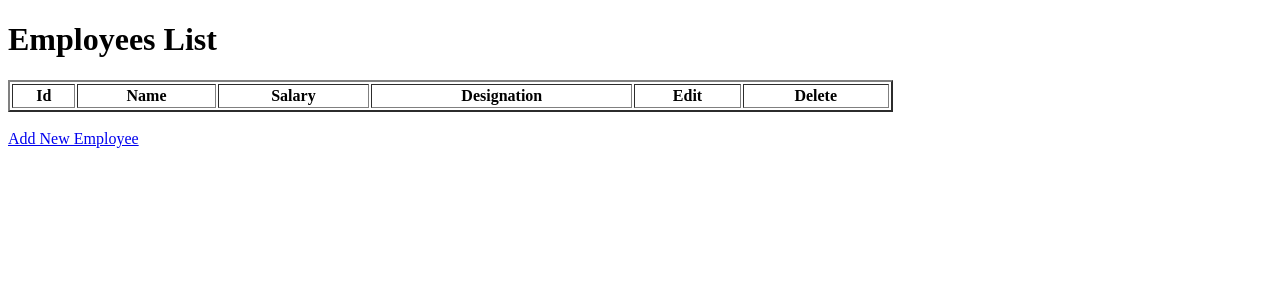
Repository: ashwinipatil321/SpringmvcProject
Page: http://localhost/SpringMVCCrudOperation/viewemp
These files come from the project's save history. The page is drawn as it stood at one moment and after the next save; the edit follows.
The browser window is 1280 px wide. The pictures show the whole page.
The page is served by Tomcat 9. Other server files are loaded and not shown. Queries for data that is not in the repository find no rows.

Above is the page before, as saved 2017-11-20 13:00:24.

### SpringMVCCrudOperation/src/main/webapp/viewemp.jsp
<%@ taglib uri="http://www.springframework.org/tags/form" prefix="form"%>
<%@ taglib uri="http://java.sun.com/jsp/jstl/core" prefix="c"%>
<%@ page language="java" contentType="text/html; charset=UTF-8"
	pageEncoding="UTF-8"%>
<!DOCTYPE html PUBLIC "-//W3C//DTD HTML 4.01 Transitional//EN" "http://www.w3.org/TR/html4/loose.dtd">
<html>
<head>
<meta http-equiv="Content-Type" content="text/html; charset=UTF-8">
<title>Insert title here</title>
</head>
<body>
<h1>Employees List</h1>
<table border="2" width="70%" cellpadding="2">
<tr><th>Id</th><th>Name</th><th>Salary</th><th>Designation</th><th>Edit</th><th>Delete</th></tr>
   <c:forEach var="emp" items="${list}">
   <tr>
   <td>${emp.id}</td>
   <td>${emp.name}</td>
   <td>${emp.salary}</td>
   <td>${emp.designation}</td>
   <td><a href="editemp/${emp.id}">Edit</a></td>
   <td><a href="deleteemp/${emp.id}">Delete</a></td>
   </tr>
   </c:forEach>
   </table>
   <br/>
   <a href="empform.jsp">Add New Employee</a>
</body>
</html>

### SpringMVCCrudOperation/src/main/java/com/springCrudOperation/DAO/EmployeeDAOImpl.java
package com.springCrudOperation.DAO;
import java.sql.ResultSet;
import java.sql.SQLException;
import java.util.List;
import org.springframework.jdbc.core.BeanPropertyRowMapper;
import org.springframework.jdbc.core.JdbcTemplate;
import org.springframework.jdbc.core.RowMapper;
import com.springCrudOperation.model.Employee;
public class EmployeeDAOImpl {

	JdbcTemplate template;

	public void setTemplate(JdbcTemplate template) {
		this.template = template;
	}
	public int save(Employee p){
		String sql="insert into emp99(name,salary,designation) values('"+p.getName()+"',"+p.getSalary()+",'"+p.getDesignation()+"')";
		return template.update(sql);
	}
	public int update(int id,Employee p){
		float f = p.getSalary();
		String sql="update emp99 set name='"+p.getName()+"', salary="+f+",designation='"+p.getDesignation()+"' where id="+id+"";
		return template.update(sql);
	}
	public int delete(int id){
		String sql="delete from emp99 where id="+id+"";
		return template.update(sql);
	}
	public Employee getEmpById(int id){
		String sql="select * from emp99 where id=?";
		return template.queryForObject(sql, new Object[]{id},new BeanPropertyRowMapper<Employee>(Employee.class));
	}
	public List<Employee> getEmployees(){
		return template.query("select * from emp99",new RowMapper<Employee>(){
			public Employee mapRow(ResultSet rs, int row) throws SQLException {
				Employee e=new Employee();
				e.setId(rs.getInt(1));
				e.setName(rs.getString(2));
				e.setSalary(rs.getFloat(3));
				e.setDesignation(rs.getString(4));
				return e;
			}
		});
	}
}

After the next save:
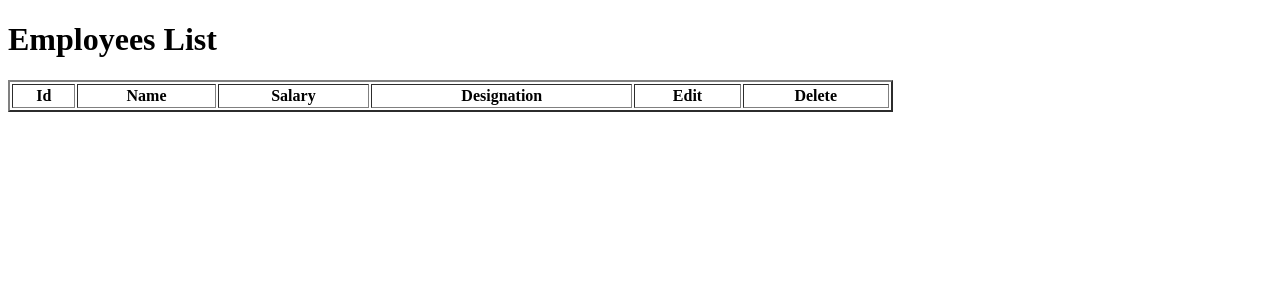
Saved 104 s later.
--- a/SpringMVCCrudOperation/src/main/webapp/viewemp.jsp
+++ b/SpringMVCCrudOperation/src/main/webapp/viewemp.jsp
@@ -20,10 +20,11 @@
    <td>${emp.designation}</td>
    <td><a href="editemp/${emp.id}">Edit</a></td>
    <td><a href="deleteemp/${emp.id}">Delete</a></td>
+   <a href="empform.jsp">Add New Employee</a>
    </tr>
    </c:forEach>
    </table>
    <br/>
-   <a href="empform.jsp">Add New Employee</a>
+
 </body>
 </html>
